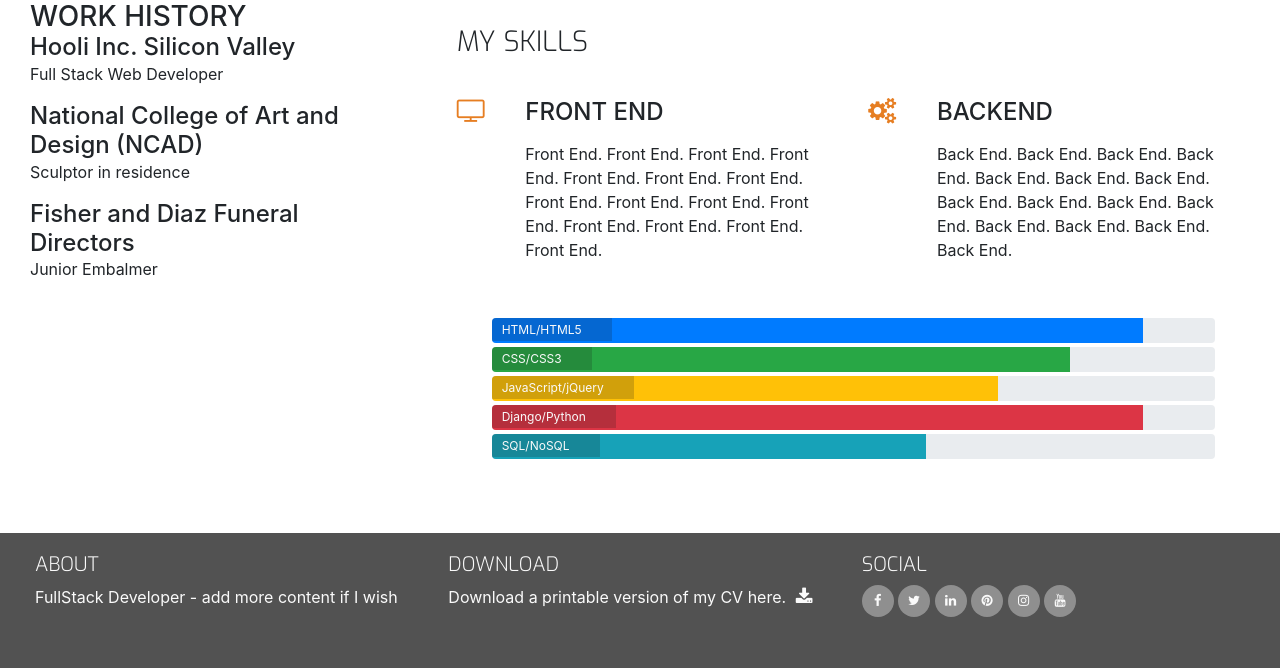
Repository: JustWhiteGit/Rosies-Resume
Page: resume.html
The author's editor kept a record of every edit. The page is drawn from the files as they stood at one moment, then again after the next edit.
The browser window is 1280 px wide. The pictures show the part of the page from y = 369 to 1037 px (the page is 1037 px tall).

Above is the page before.

After the next edit:
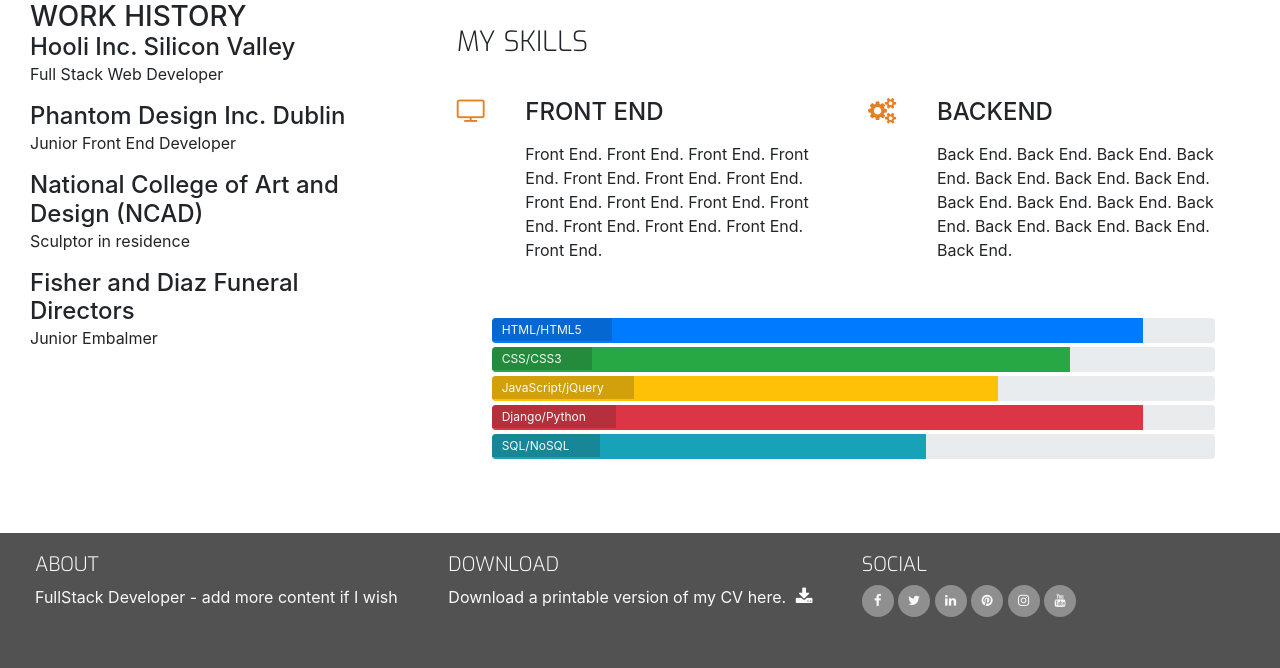
The edit:
--- a/resume.html
+++ b/resume.html
@@ -61,6 +61,10 @@
                         <h4>Hooli Inc. Silicon Valley</h4>
                         <p>Full Stack Web Developer</p>
                     </div>
+                       <div class="timeline-item" data-dates="06/2008 - 06/2011">
+                        <h4>Phantom Design Inc. Dublin</h4>
+                        <p>Junior Front End Developer</p>
+                    </div>
                     <div class="timeline-item" data-dates="02/1998 - 04/2004">
                         <h4>National College of Art and Design (NCAD)</h4>
                         <p>Sculptor in residence</p>
